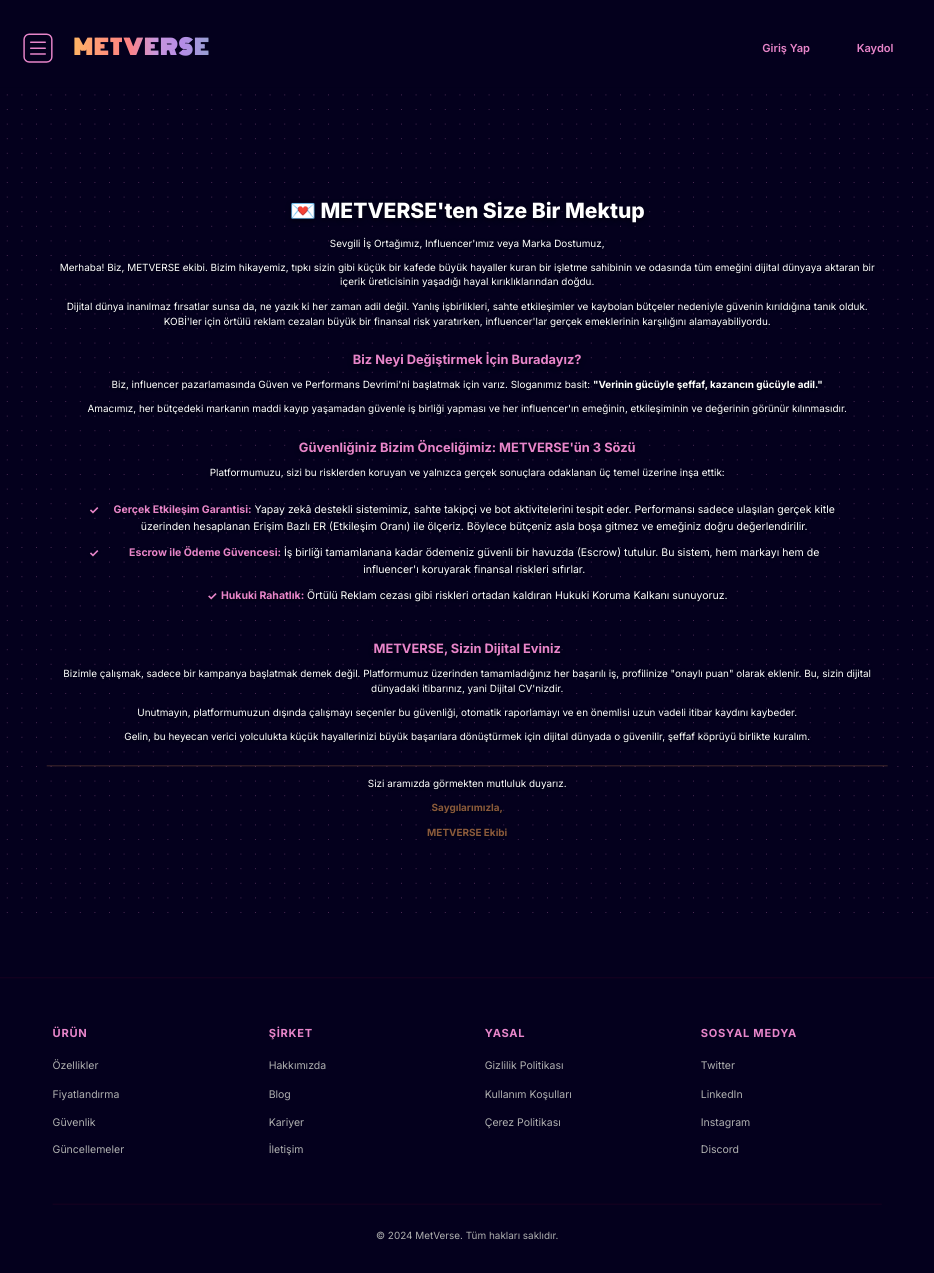
Repository: Irmaksuvari/metverse-github
Page: MetVerse Site/Hakkimizda.html
These files come from the project's save history. The page is drawn as it stood at one moment and after the next save; the edit follows.
The browser window is 1280 px wide. The pictures show the whole page, at 73% of full size.

Above is the page before, as saved 2025-12-21 00:21:48.

After the next save:
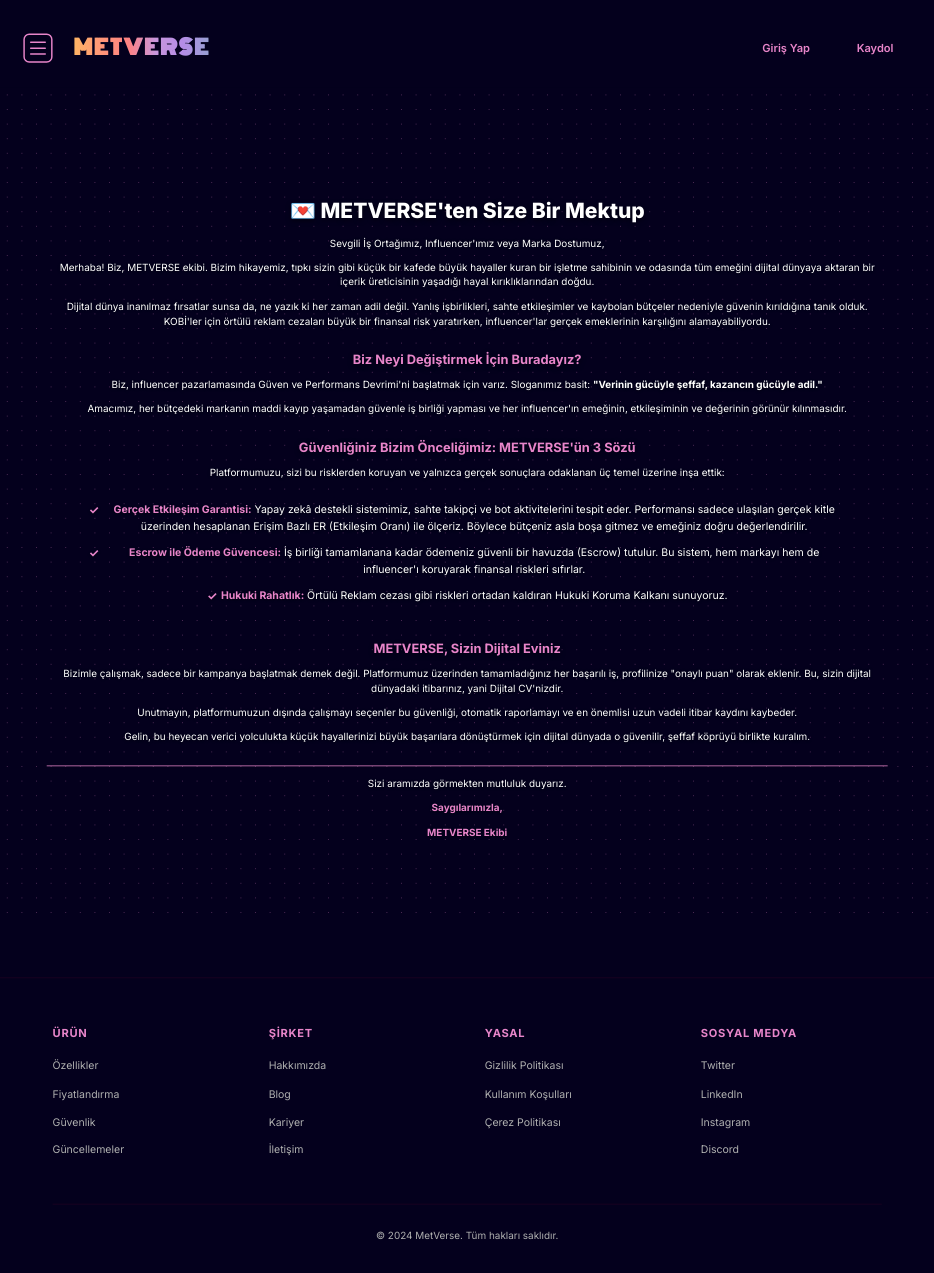
Saved 4 s later.
--- a/MetVerse Site/Hakkimizda.html
+++ b/MetVerse Site/Hakkimizda.html
@@ -102,16 +102,16 @@
         .about-footer-text {
             margin-top: 1rem;
             padding-top: 0.8rem;
-            border-top: 2px solid rgba(139, 90, 60, 0.3);
+            border-top: 2px solid rgba(232, 133, 202, 0.5);
             text-align: center;
             font-size: 0.85rem;
-            color: #4a4237;
+            color: #ffffff;
             line-height: 1.5;
-            text-shadow: 0 1px 1px rgba(255, 255, 255, 0.2);
+            text-shadow: 0 1px 3px rgba(0, 0, 0, 0.5);
         }
 
         .about-footer-text strong {
-            color: #8B5A3C;
+            color: #e885ca;
             font-weight: 700;
         }
 
